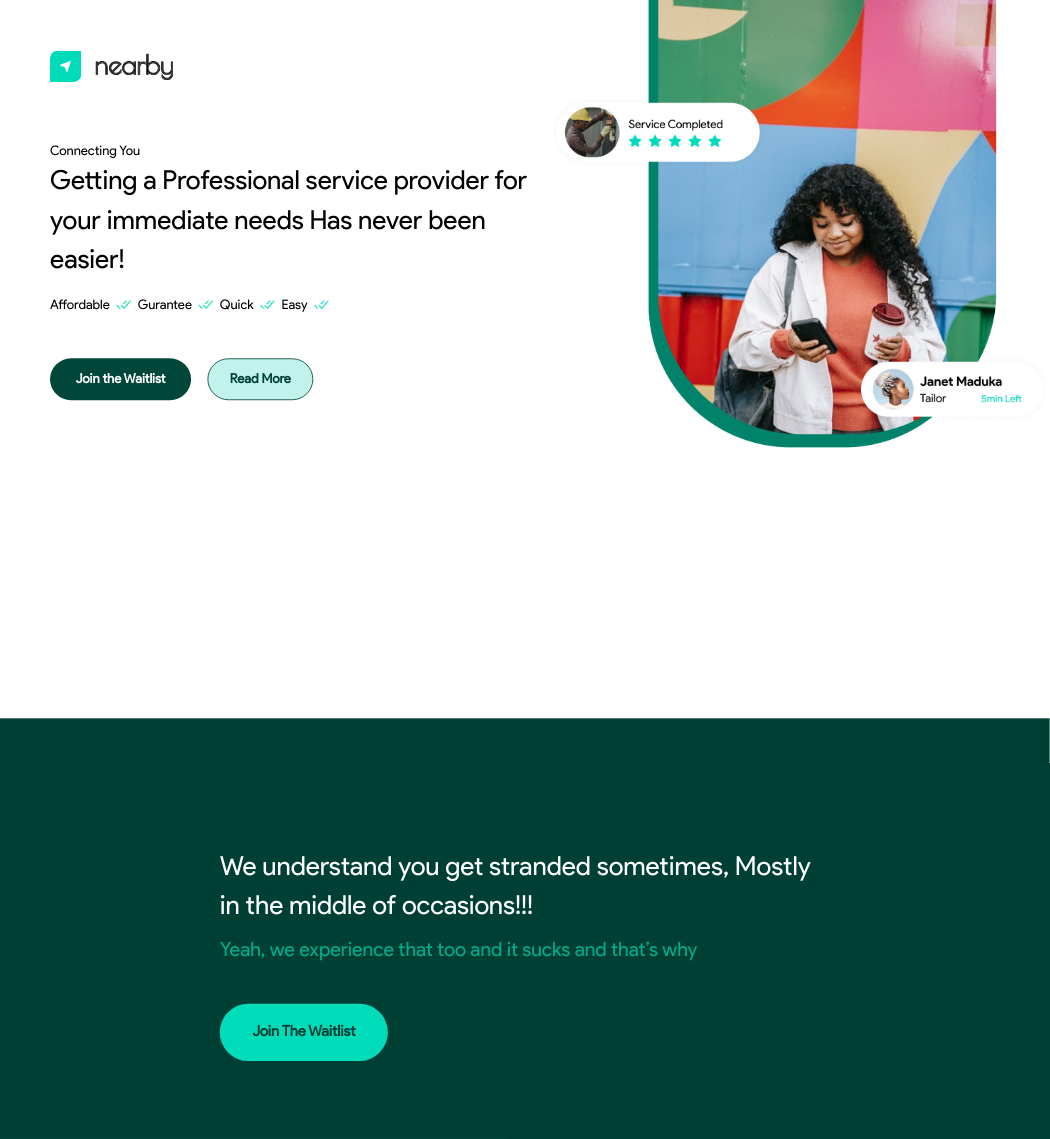
Repository: Eugene44-hub/Mearby
Page: /
The author's editor kept a copy of each file at every save. The page is drawn from the files as they stood at one save, then again after the next save.
The browser window is 1280 px wide. The pictures show the whole page, at 82% of full size.
The project was rebuilt for these pictures with package versions that can differ from the ones it lists, and the page was loaded fresh each time.

Above is the page before, as saved 2022-04-30 07:20:16.

### src/App.tsx
import React from 'react';
import Hero from './components/hero/Hero';
import Nav from './components/nav/Nav';
import LandingPage from './pages/landing/LandingPage';

function App() {
  return (
   <>
<Nav/>
<LandingPage/>
</>

);
}

export default App;

### src/components/nav/Nav.tsx
import React from 'react';
import send from '../../assets/images/send.svg';
import nearby from '../../assets/images/nearby logo.svg';
import styles from "./Nav.module.css"
const Nav = () => {
	return (
		<nav className={`md:h-auto h-[96.57px] ${styles.nav} flex`}>
			<header className="m-auto block md:hidden">
				<div className="flex justify-center">
					<img
						src={send}
						className="bg-[#00DCBA] mr-[16.79px] p-3 rounded-tl-[8.91471px] rounded-br-[8.91471px]"
						alt="send"
					/>
					<img src={nearby} alt="send" />
				</div>
			</header>
		</nav>
	);
};

export default Nav;

### src/pages/landing/LandingPage.tsx
import React from 'react'
import Hero from '../../components/hero/Hero';
import Understand from '../../components/understand/Understand';
const LandingPage = () => {
  return (
    <>

    <Hero/>
    <Understand/>
    </>
  )
}

export default LandingPage

### src/components/nav/Nav.module.css
@media screen and (max-width:768px) {
    .nav{
/* display: none; */
/* bg-[#014034] */
background-color:#014034;
}
}

### src/components/hero/Hero.tsx
import React from 'react';
import styles from './Hero.module.css';
import checked from '../../assets/images/checked.png';
import heroImg from '../../assets/images/heroImg.png';
import send from '../../assets/images/send.svg';
import nearby from '../../assets/images/nearbyDark.svg';

const Hero = () => {
	const minorText: string[] = [ 'affordable', 'gurantee', 'quick', 'easy' ];
	return (
		<section className=" md:pl-[61px]">
			<div className={`${styles.container} md:flex justify-between`}>
				<div className={`${styles.heroContainer} mb-[3rem] flex flex-wrap md:w-[50%]`}>
					<div className="md:flex w-[20%] hidden mt-[62px] items-center">
						<img
							src={send}
							className="bg-[#00DCBA] w-[100%] mr-[16.79px] p-3 rounded-tl-[8.91471px] rounded-br-[8.91471px]"
							alt="send"
						/>
						<img src={nearby} alt="send" />
					</div>

					<div className="m-auto">
						<h2 className={` ${styles.connectHead} flex items-end md:h-[95.5px]`}>Connecting You</h2>
						<p className={`text-[2rem] ${styles.connectText}`}>
							Getting a Professional service provider for your immediate needs Has never been easier!
						</p>
					</div>

					<ul className={`${styles.connectList} mt-5 flex justify-between `}>
						{minorText.map((item, index) => (
							<li key={index} className="flex items-center capitalize mr-2">
								{item} <img src={checked} className="w-[18px] ml-2" alt="checked" />
							</li>
						))}
					</ul>

					<div className="w-[100%] md:pt-[53px] md:px-0 p-5">
						<button className="bg-[#004639] font-bold w-[172px] h-[51px] text-white mr-5 rounded-[50px]">
							Join the Waitlist
						</button>
						<button className="bg-[#C1F2EB] font-bold w-[129px] h-[51px] rounded-[50px] text-[#004034] border border-[#004034] capitalize">
							read more
						</button>
					</div>
				</div>
				<div className="md:w-[50%]">
					<img src={heroImg} className={styles.heroImg} alt="" />
				</div>
			</div>
		</section>
	);
};

export default Hero;
// wKcVoY0oBaK0dDUj5
// yX2Q8nskPsN4AjVkAPMBM

### src/components/understand/Understand.tsx
import React from 'react'
import understand from "../../assets/images/understand.png"
import WaitLight from "../../components/Buttons/WaitLight"
const Understand = () => {
  return (
    <div className='bg-[#004034] px-5 pt-[9.75rem] md:flex justify-center  relative mt-[20rem]'>

  <img src={understand} className=" absolute block md:hidden translate-x-[-50%] left-[50%] top-[-20%]" alt="understand" />
  <div className=' hidden mr-3'>
  <img src={understand} className=" w-[100%]"alt="understand" />

  </div>

<div className='w-[60%] '>
<div>
  <p className='text-[2rem] text-white'>
  We understand you get stranded sometimes, Mostly in the middle of occasions!!!
  </p>
  <p className='mt-3 text-[1.5rem] text-[#01AB8B] '>
  Yeah, we experience that too and it sucks and that’s why  </p>
</div>

<div className='pt-[3rem] pb-[5.938rem]'>
<WaitLight/>
</div>

</div>



    </div>
  )
}

export default Understand

### src/components/hero/Hero.module.css
.container{
height: 812px;
background-image: url(../../assets/images/mobileHero.png);
background-repeat: no-repeat;
background-position: center;
background-size: 133% 100%;
}


.heroImg{
    display: none;
    width: 100%;
}
.heroContainer{
    /* background-color: black; */
    color: white;

}
.connectHead,.connectText,.connectList{
    padding: 20px;

}
@media screen and (min-width:600px) {
    .container{
    background-image:none;
    height: auto;
}
.connectHead{
    background-color: none;
}
.heroImg{
    display: block;
}
.connectHead{
    background-color: none;
}
.heroContainer{
    /* background-color: black; */
    color: black ;
}

}

@media screen and (min-width:768px) {
    .connectHead,.connectText,.connectList{
        padding: 0px;
    }

}


@media screen and (max-width:600px){
.connectHead{
    background-color: #004034;
}

}
/* .minorTxt{
} */
/* linear-gradient(rgba(0, 64, 52, 1), rgba(0, 57, 64, 0)) */
/* linear-gradient(rgba(0, 64, 52, 1),rgba(0, 64, 52, 1)) */

### src/components/Buttons/WaitLight.tsx
import React from 'react'
import styles from "./Button.module.css"

const Wait = () => {
  return (
    <button className={`${styles.light} capitalize`}>Join the waitlist</button>

  )
}

export default Wait

### src/components/Buttons/Button.module.css
    .light {
        background-color: #00DCBA;
        color: #004034;
        width: 205px;
        font-size: 1.125rem;
    }

    .dark {
        background-color: #004639;
        color: #004034;
        font-size: "1rem";
        width: 192px;
    }

    .light,
    .dark {
        height: 70px;
        border-radius: 50px;
        font-weight: bold;
    }

Loaded but not shown: public/index.html (common file); src/index.tsx (common file); src/index.css (common file); tailwind.config.js (common file)

After the next save:
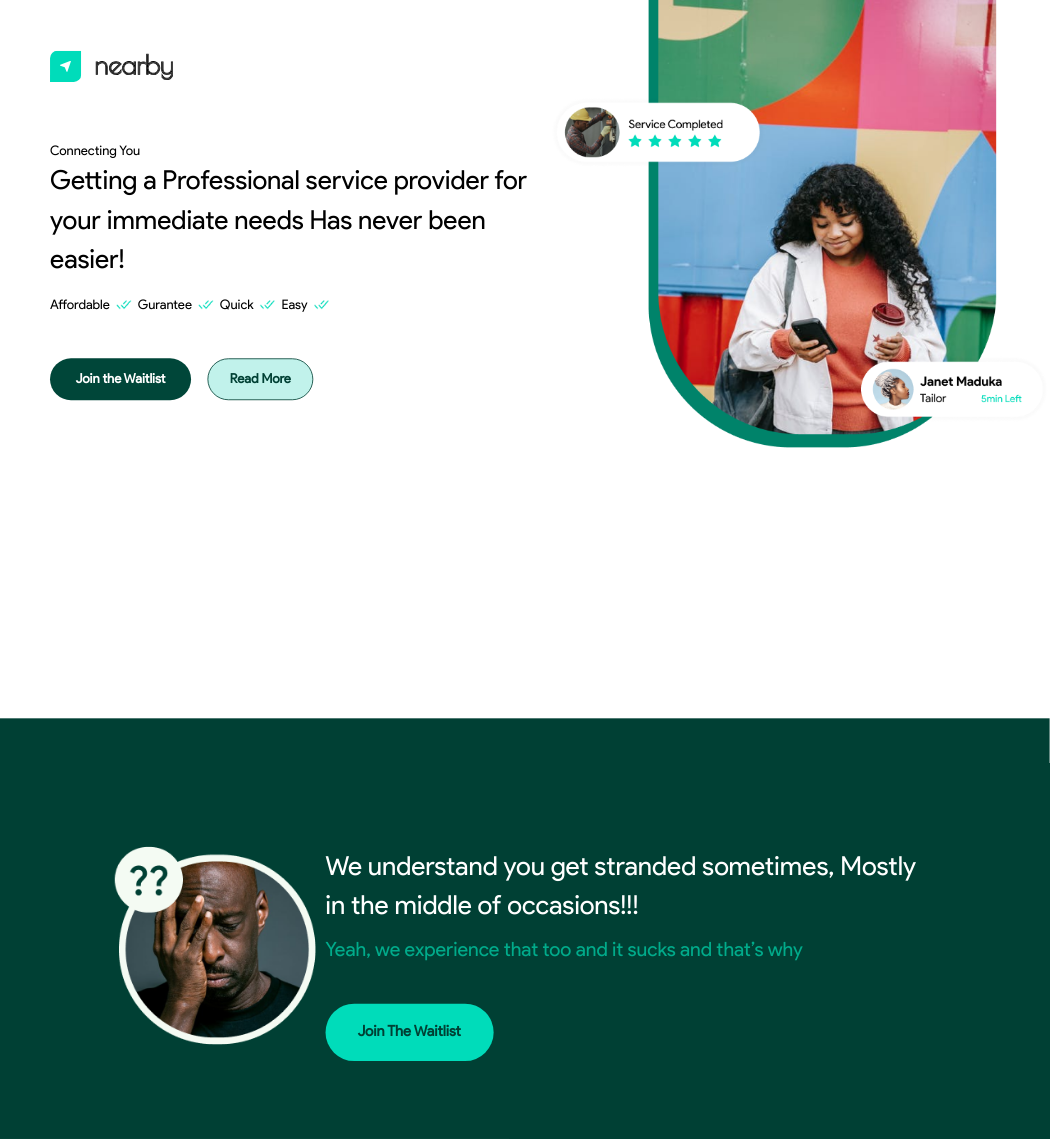
Saved 7 s later.
--- a/src/components/understand/Understand.tsx
+++ b/src/components/understand/Understand.tsx
@@ -6,7 +6,7 @@ const Understand = () => {
     <div className='bg-[#004034] px-5 pt-[9.75rem] md:flex justify-center  relative mt-[20rem]'>
 
   <img src={understand} className=" absolute block md:hidden translate-x-[-50%] left-[50%] top-[-20%]" alt="understand" />
-  <div className=' hidden mr-3'>
+  <div className='md:block hidden mr-3'>
   <img src={understand} className=" w-[100%]"alt="understand" />
 
   </div>
